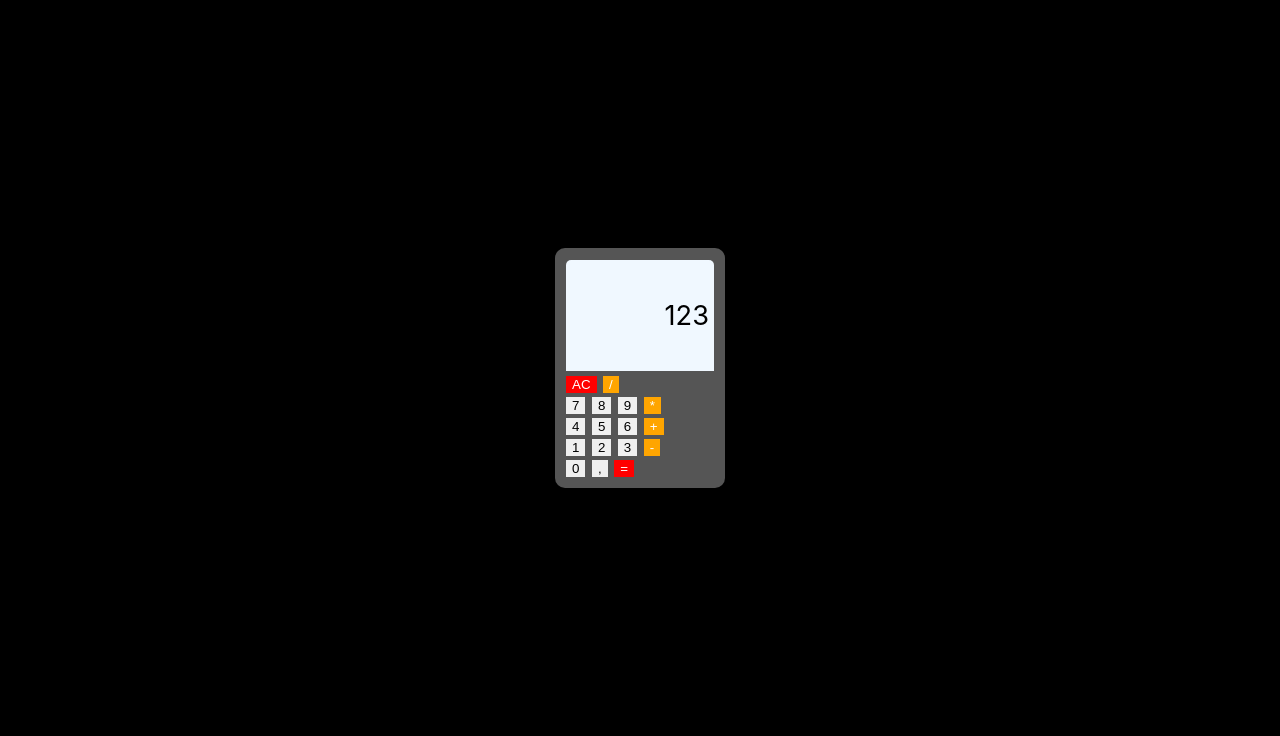
Repository: andersonxoliveira/Aplicacao_Calculadora
Page: /
An editor plug-in stored every save of this project. The page is shown before and after the next save, followed by the edit.
The browser window is 1280 px wide. The pictures show the whole page.
The project was rebuilt for these pictures with package versions that can differ from the ones it lists, and the page was loaded fresh each time. Also part of the build but not shown: svelte.config.js, vite.config.ts.

Above is the page before, as saved 2022-06-26 18:23:22.

After the next save:
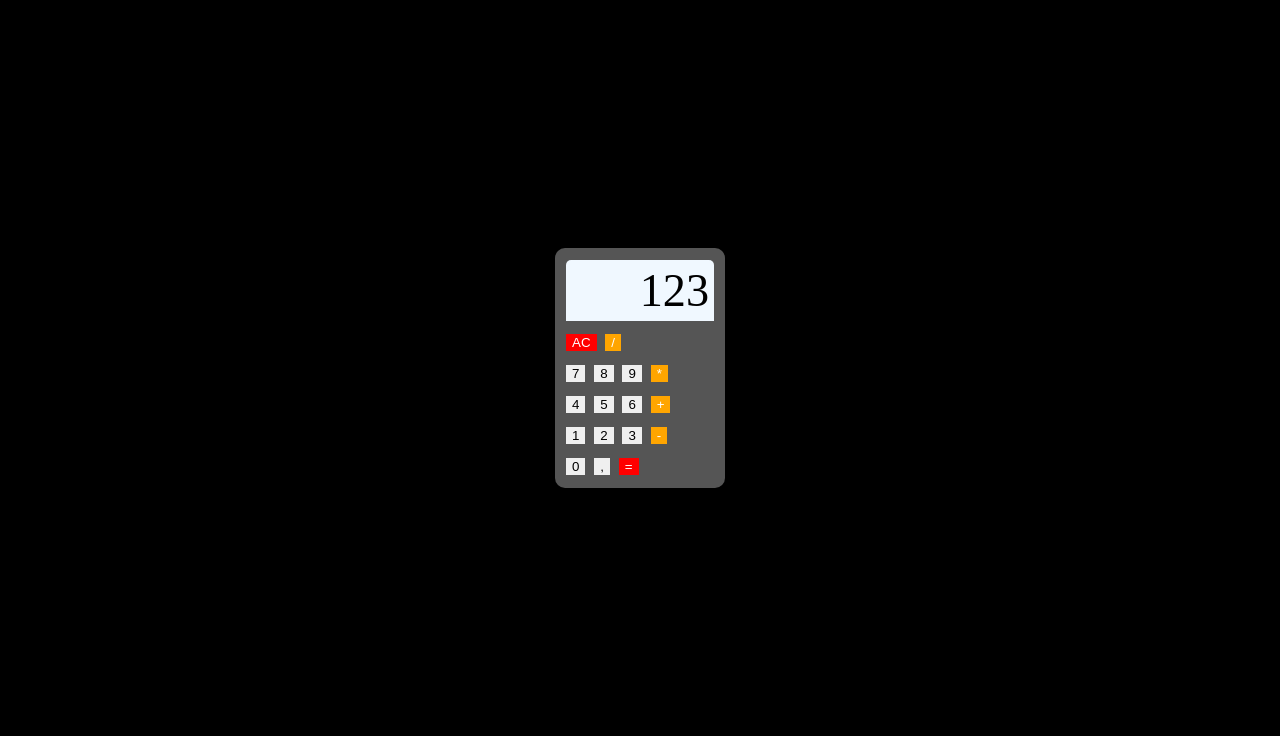
Saved 58 s later.
--- a/src/App.svelte
+++ b/src/App.svelte
@@ -15,8 +15,7 @@
 
   :root {
     --cor-fundo: #555 ;
-    font-family: -apple-system, BlinkMacSystemFont, 'Segoe UI', Roboto, Oxygen,
-      Ubuntu, Cantarell, 'Open Sans', 'Helvetica Neue', sans-serif;
+    font-size: 1.7rem;
   }
 
   main {

After the save that followed:
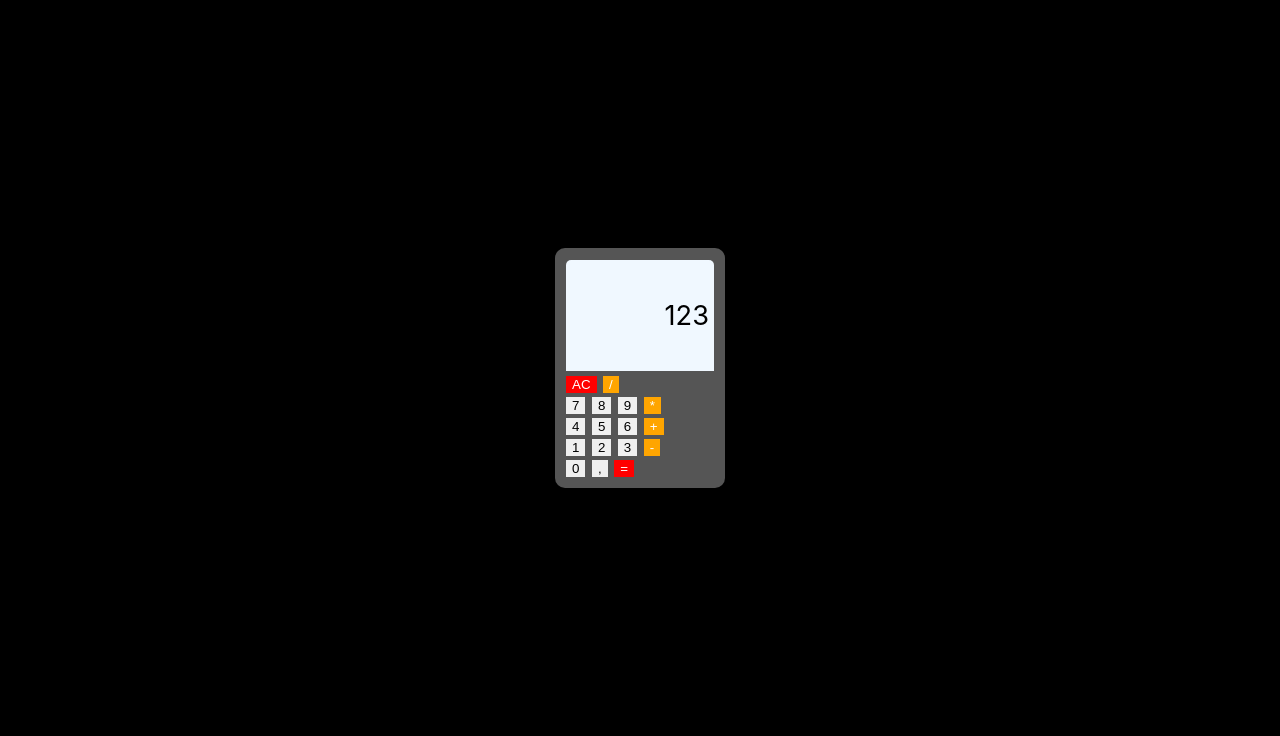
Saved 10 s later.
--- a/src/App.svelte
+++ b/src/App.svelte
@@ -15,7 +15,8 @@
 
   :root {
     --cor-fundo: #555 ;
-    font-size: 1.7rem;
+    font-family: -apple-system, BlinkMacSystemFont, 'Segoe UI', Roboto, Oxygen,
+      Ubuntu, Cantarell, 'Open Sans', 'Helvetica Neue', sans-serif;
   }
 
   main {
